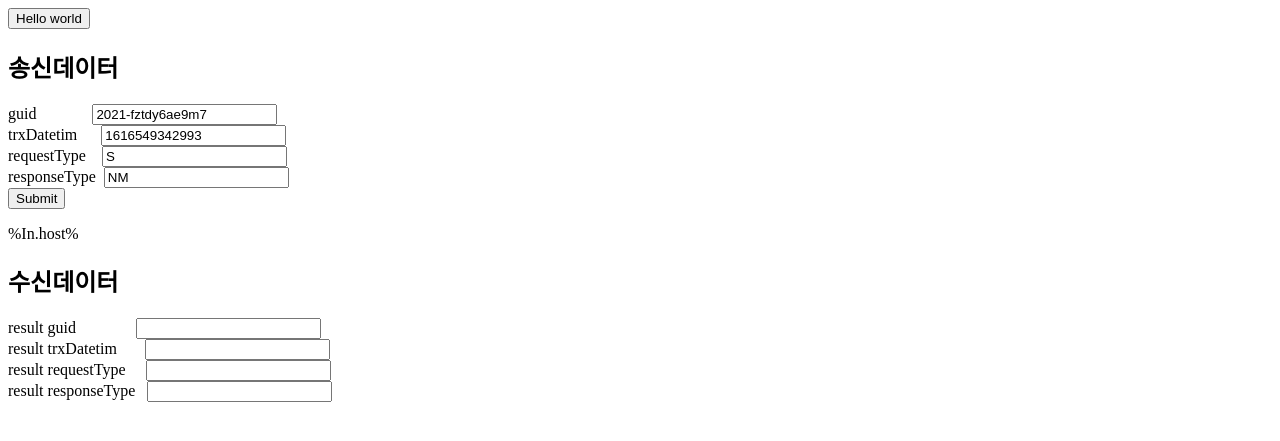
Repository: kchan75/kakaobank
Page: inserver/src/main/resources/static/index.html
These files come from the project's save history. The page is drawn as it stood at one moment and after the next save; the edit follows.
The browser window is 1280 px wide. The pictures show the whole page.

Above is the page before, as saved 2021-03-24 10:12:28.
Console error: SyntaxError: Unexpected token ';'

After the next save:
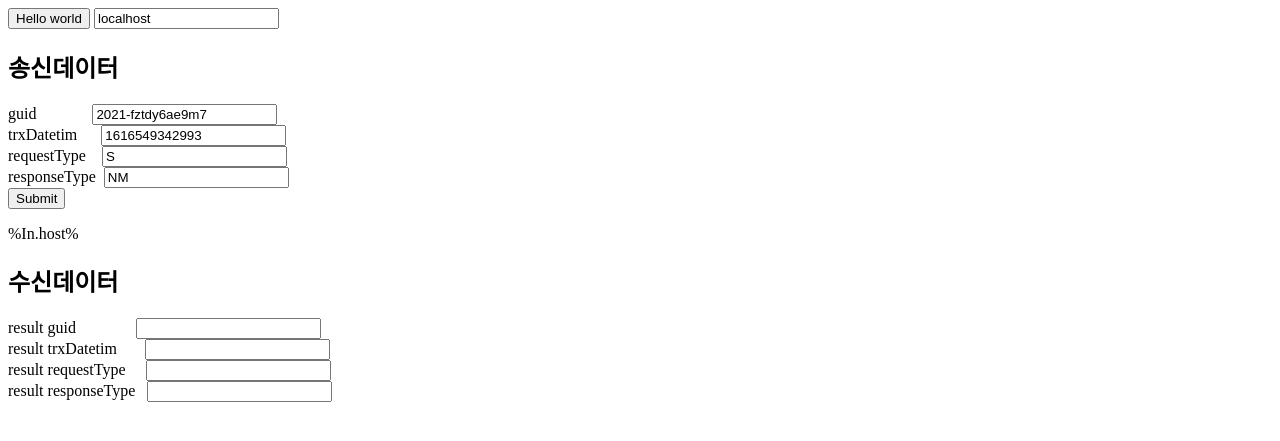
Saved 10 min 57 s later.
--- a/inserver/src/main/resources/static/index.html
+++ b/inserver/src/main/resources/static/index.html
@@ -13,6 +13,7 @@
 
 <body >
 	<input type="button" id="hw" value="Hello world" />
+	<input type="text" id="sendHost" value="localhost" />
 	<h2>송신데이터</h2>
 	<div id="sendCommon"></div>
 	<div id="sendbiz"></div>
